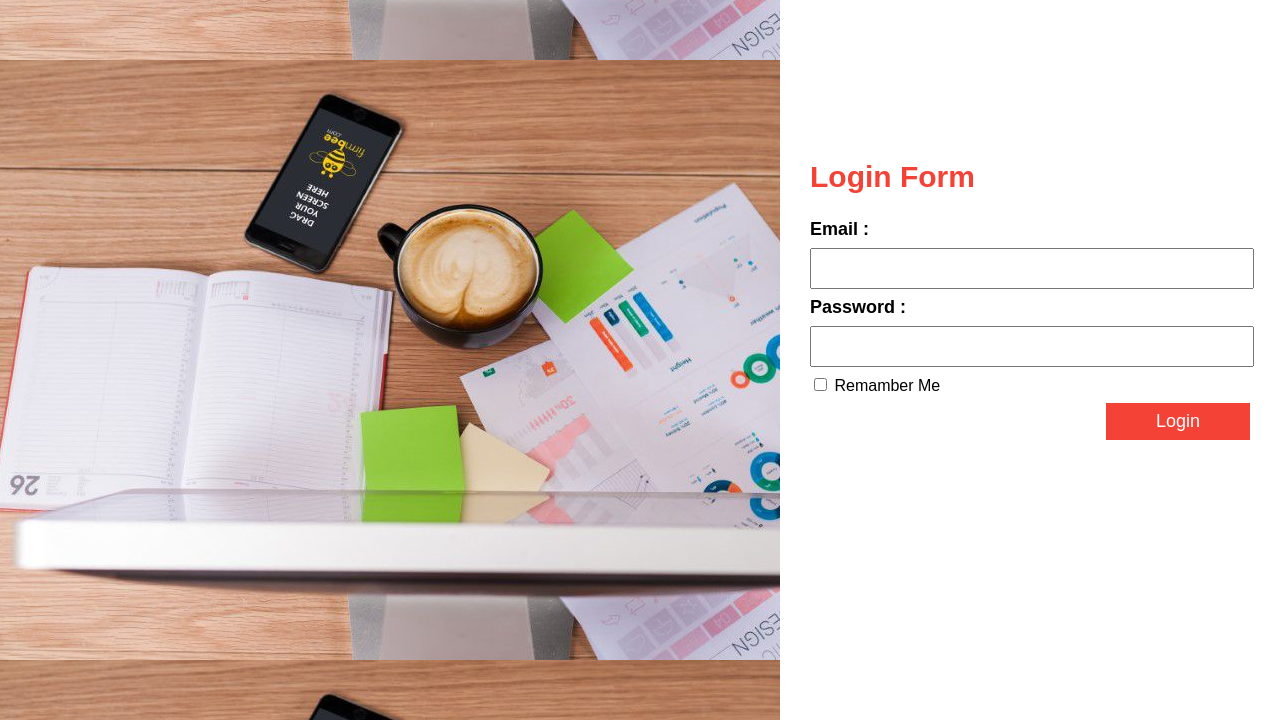
Repository: bayulalu/sekolah-orgaisasi
Page: http://localhost/login-user
An editor plug-in stored every save of this project. The page is shown before and after the next save, followed by the edit.
The browser window is 1280 px wide. The pictures show the whole page.
The page is served by the project's Laravel application, run on PHP 8.4 with Laravel 8.

Above is the page before, as saved 2020-07-19 14:01:01.

After the next save:
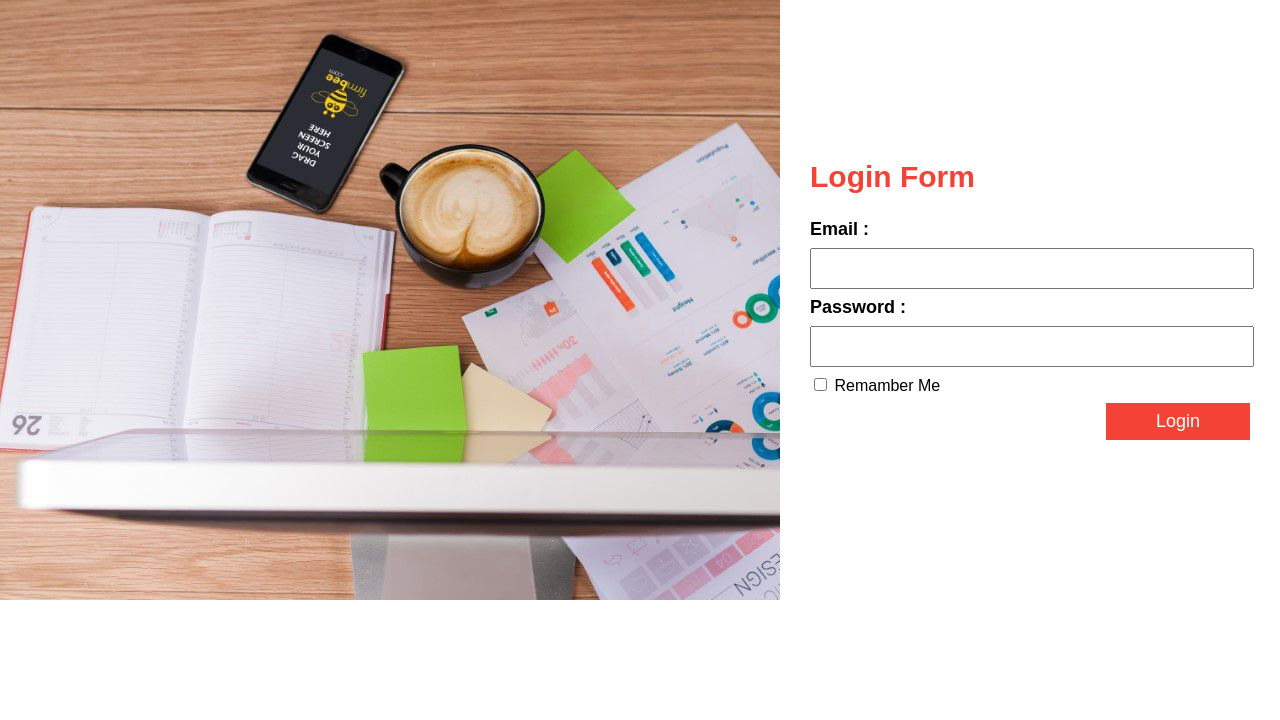
Saved 12 s later.
--- a/public/css/login.css
+++ b/public/css/login.css
@@ -12,8 +12,8 @@ html {
     float: left;
     /* background: ("../img/intro-bg.png") center; */
     background-image: url("../img/login.jpg")  ;
-    /* background-repeat: no-repeat; */
-    background-position: center;
+    background-repeat: no-repeat;
+    /* background-position: center; */
 }
 .login {
     position: fixed;
